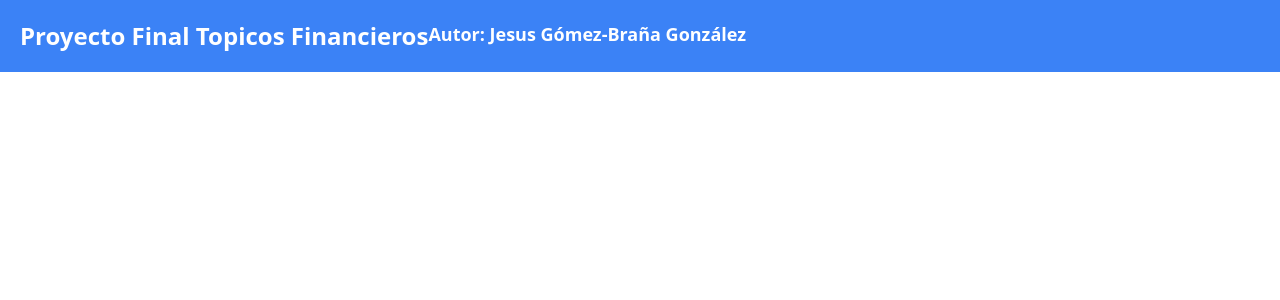
Repository: SistemaACT/Portafolio
Page: /
An editor plug-in stored every save of this project. The page is shown before and after the next save, followed by the edit.
The browser window is 1280 px wide. The pictures show the whole page.
The project was rebuilt for these pictures with package versions that can differ from the ones it lists, and the page was loaded fresh each time. The framework's server and built-in components were replaced by stand-ins that run in the browser. Also part of the build but not shown: svelte.config.js, vite.config.ts.

Above is the page before, as saved 2024-07-06 23:44:14.

After the next save:
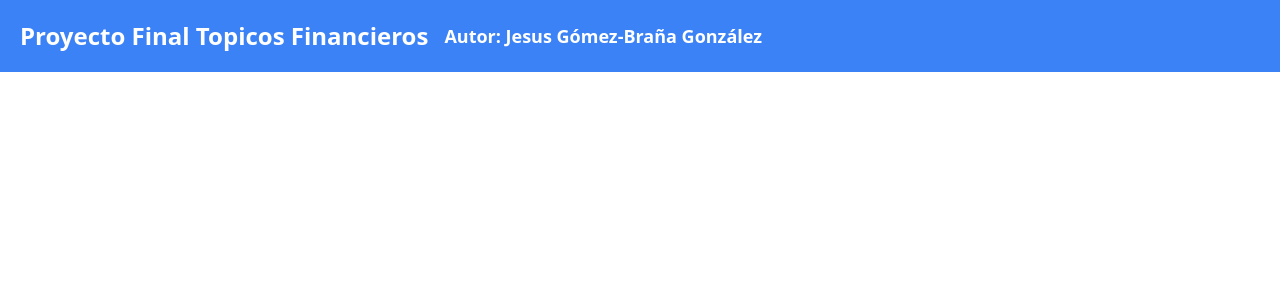
Saved 14 min 14 s later.
--- a/src/routes/+page.svelte
+++ b/src/routes/+page.svelte
@@ -1,4 +1,4 @@
-<div class="w-full bg-blue-500 text-white p-5 text-2xl font-bold flex">
+<div class="w-full bg-blue-500 text-white p-5 text-2xl font-bold flex items-center space-x-4">
     <h1>
         Proyecto Final Topicos Financieros
     </h1>
